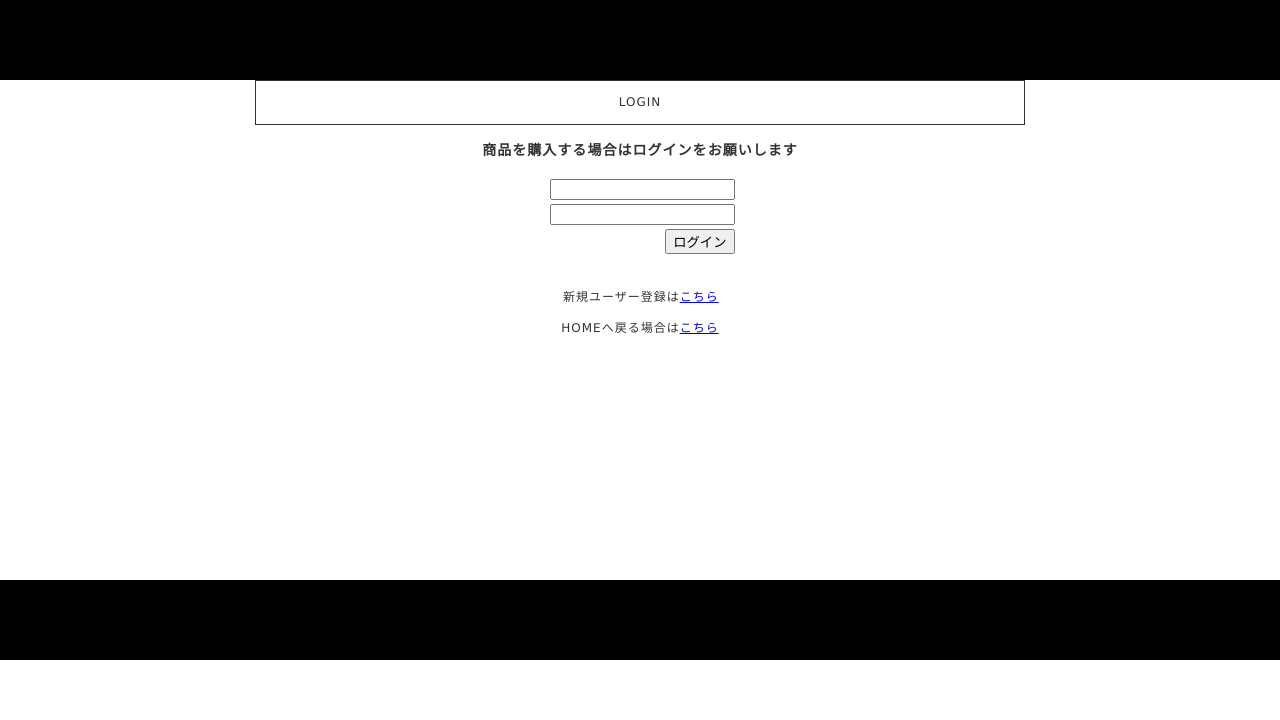
Repository: kf3225/backup
Page: http://localhost/ecsite/login.jsp
These files come from the project's save history. The page is drawn as it stood at one moment and after the next save; the edit follows.
The browser window is 1280 px wide. The pictures show the whole page.
The page is served by Tomcat 9.

Above is the page before, as saved 2018-01-24 07:35:40.

After the next save:
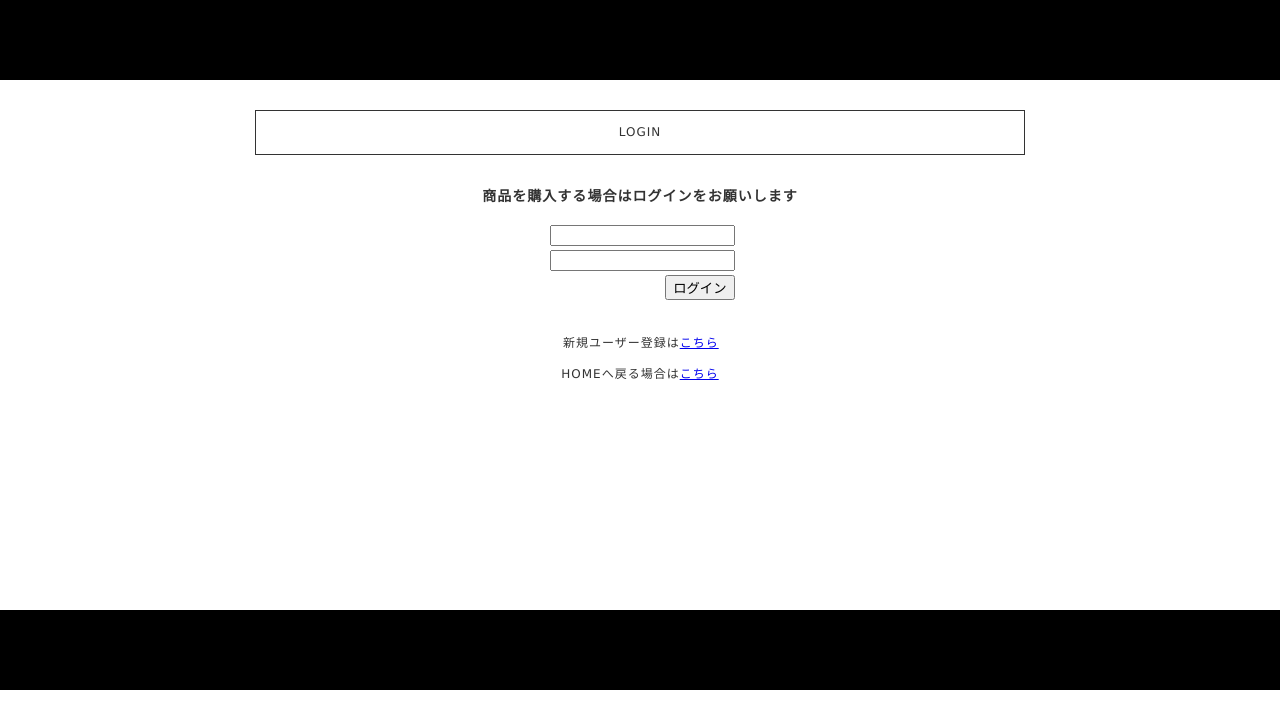
Saved 12 s later.
--- a/ecsite/WebContent/login.jsp
+++ b/ecsite/WebContent/login.jsp
@@ -33,7 +33,7 @@ table {
 /* ===== ID LAYOUT ===== */
 #top {
 	width:60%;
-	margin:0 auto;
+	margin:30px auto;
 	text-align:center;
 	border:1px solid #333;
 }
